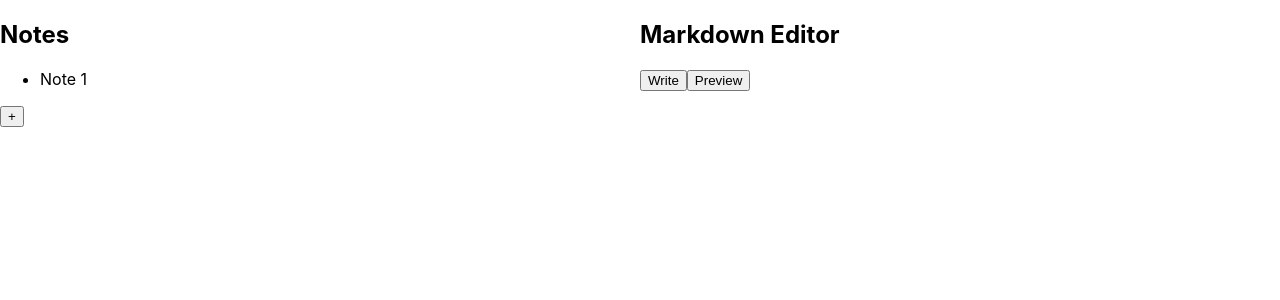
Repository: sriram1224/markdown_editor
Page: /
An editor plug-in stored every save of this project. The page is shown before and after the next save, followed by the edit.
The browser window is 1280 px wide. The pictures show the whole page.
The project was rebuilt for these pictures with package versions that can differ from the ones it lists, and the page was loaded fresh each time.

Above is the page before, as saved 2024-04-22 20:12:16.

### src/App.js

import MarkdownEditor from './Components/Markdown';
function App() {
  return (
    <div>
     <MarkdownEditor />
    </div>
  );
}

export default App;

### src/Components/Markdown.js
import React, { useState } from 'react';
import ReactMarkdown from 'react-markdown';

const MarkdownEditor = () => {
  const [notes, setNotes] = useState([{ id: 1, content: '' }]);
  const [currentNoteId, setCurrentNoteId] = useState(1);
  const [markdownContent, setMarkdownContent] = useState('');
  const [showEditor, setShowEditor] = useState(false);

  const handleNoteAdd = () => {
    const newNoteId = currentNoteId + 1;
    setNotes([...notes, { id: newNoteId, content: '' }]);
    setCurrentNoteId(newNoteId);
    setMarkdownContent('');
    setShowEditor(true);
  };

  const handleNoteChange = (id, content) => {
    const updatedNotes = notes.map((note) =>
      note.id === id ? { ...note, content } : note
    );
    setNotes(updatedNotes);
  };

  const handleEditorChange = (content) => {
    setMarkdownContent(content);
    handleNoteChange(currentNoteId, content);
  };

  const handleNoteClick = (id) => {
    const note = notes.find(note => note.id === id);
    if (note) {
      setCurrentNoteId(id);
      setMarkdownContent(note.content);
      setShowEditor(true);
    }
  };

    return (
    <div>
      <div style={{ float: 'left', width: '50%' }}>
        <h2>Notes</h2>
        <ul>
          {notes.map((note) => (
            <li key={note.id} onClick={() => handleNoteClick(note.id)}>
              Note {note.id}
            </li>
          ))}
        </ul>
        <button onClick={handleNoteAdd}>+</button>
      </div>
      <div style={{ float: 'left', width: '50%' }}>
        <h2>Markdown Editor</h2>
        <div>
          <button onClick={() => setShowEditor(true)}>Write</button>
          <button onClick={() => setShowEditor(false)}>Preview</button>
        </div>
        {showEditor ? (
          <textarea
            value={markdownContent}
            onChange={(e) => handleEditorChange(e.target.value)}
            style={{ width: '100%', height: '300px' }}
          />
        ) : (
          <ReactMarkdown>{markdownContent}</ReactMarkdown>
        )}
      </div>
    </div>
  );
};

export default MarkdownEditor;

Loaded but not shown: public/index.html (common file); src/index.js (common file); src/index.css (common file); src/reportWebVitals.js (common file)

After the next save:
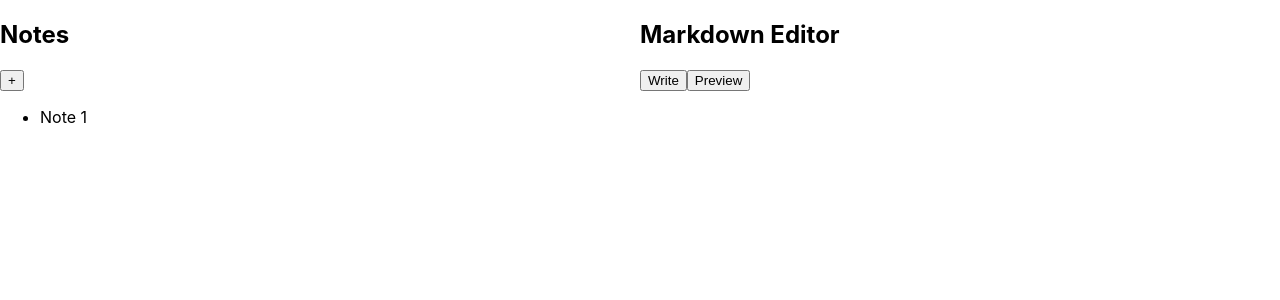
Saved 2 min 18 s later.
--- a/src/Components/Markdown.js
+++ b/src/Components/Markdown.js
@@ -39,7 +39,7 @@ const MarkdownEditor = () => {
     return (
     <div>
       <div style={{ float: 'left', width: '50%' }}>
-        <h2>Notes</h2>
+        <h2>Notes</h2><button onClick={handleNoteAdd}>+</button>
         <ul>
           {notes.map((note) => (
             <li key={note.id} onClick={() => handleNoteClick(note.id)}>
@@ -47,7 +47,7 @@ const MarkdownEditor = () => {
             </li>
           ))}
         </ul>
-        <button onClick={handleNoteAdd}>+</button>
+
       </div>
       <div style={{ float: 'left', width: '50%' }}>
         <h2>Markdown Editor</h2>
